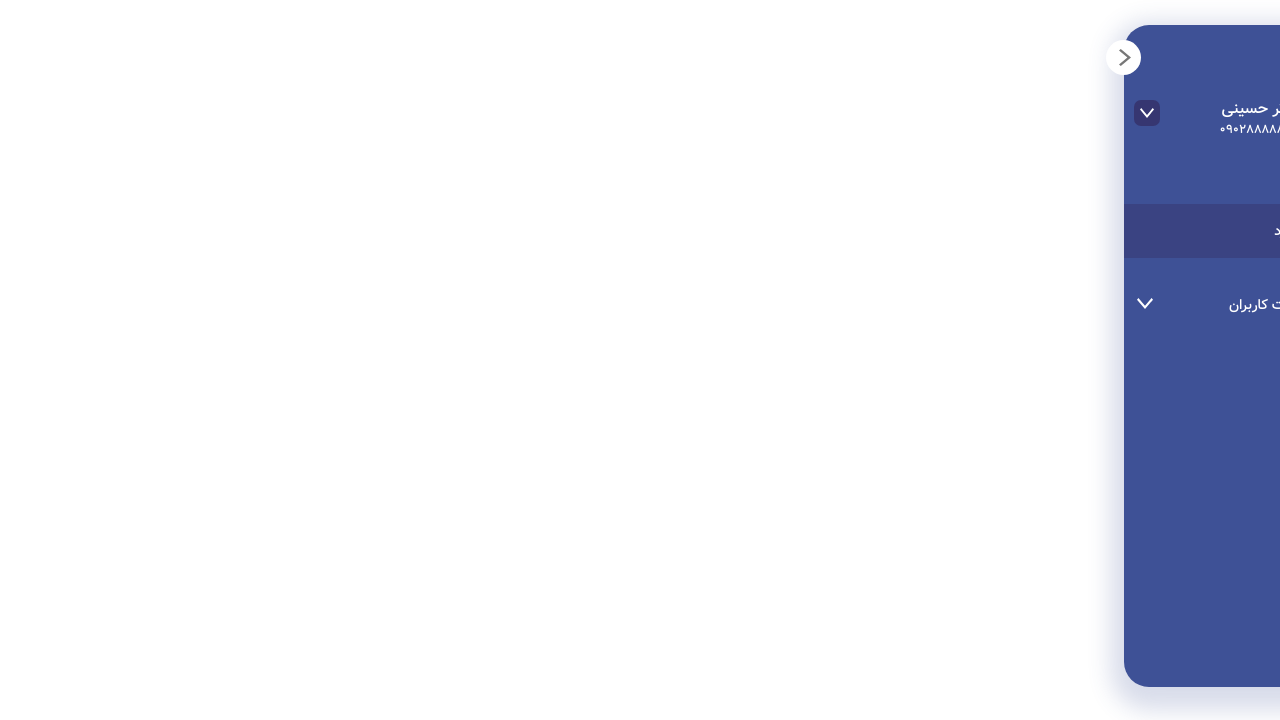
Repository: kosar78/quiz-online
Page: manager-panel-dashbord.html
The author's editor kept a copy of each file at every save. The page is drawn from the files as they stood at one save, then again after the next save.
The browser window is 1280 px wide. The pictures show the whole page.
After loading, the first visible `#user-mangement-cases-icon-bottom` was clicked once.

Above is the page before, as saved 2021-11-09 01:43:29.

### manager-panel-dashbord.html
<!DOCTYPE html>
<html lang="en">
<head>
    <meta charset="UTF-8">
    <meta name="viewport" content="width=device-width, initial-scale=1.0">
    <link rel="stylesheet" href="css/manager-panel.css">
    <link rel="stylesheet" href="bootstrap_files/css/bootstrap.min.css">
    <script type="text/javascript" src="JQuery_file/jQuery.js"></script>
    <script type="text/javascript" src="bootstrap_files/js/bootstrap.min.js"></script>
    <script type="text/javascript" src="js/manager-panel.js"></script>
    <title>پنل مدیر- داشبورد</title>
</head>
<body>
    <div class="container-fluid">
        <div class="row">
            <div class="col-xl-3 sidebar-parent">
                <div class="resize-sidebar">
                    <img src="images/right.svg" alt="">
                </div>
                <div class="sidebar">
                    <ul class="user-profile">
                        <li class="user-img">
                            <img src="images/Cute-Kids-Baby-Girl-Toddler-SDL005498623-2-ce2cf.JPEG" alt="">
                        </li>
                        <li class="user-name-phone">
                            <p class="user-name">
                                کوثر حسینی
                            </p>
                            <p class="user-phone">
                                09028888888
                            </p>
                        </li>
                        <li class="manage-profile">
                            <img class="bottom show" src="images/bottom.svg" alt="">
                            <img class="top hide" src="images/top.svg" alt="">
                        </li>
                    </ul>
                    <div class="manage-profile-menubar hide">
                        <div>
                            <ul class="mp-menubar">
                                <li><img src="images/manage-profile-icon.svg" alt="" class="mp-icon"></li>
                                <li class="mp-name">
                                    پروفایل
                                </li>
                            </ul>
                            <ul class="mp-menubar">
                                <li><img src="images/change-pass-icon.svg" alt="" class="mp-icon"></li>
                                <li class="mp-name">
                                    تغییر رمز عبور
                                </li>
                            </ul>
                            <ul class="mp-menubar">
                                <li><img src="images/profile-manage-exit-icon.svg" alt="" class="mp-icon"></li>
                                <li class="mp-name">
                                    خروج
                                </li>
                            </ul>
                        </div>
                    </div>
                    <ul class="sidebar-case active-case dashbord">
                        <div class="v-line"></div>
                        <li class="case-icon">
                            <img src="images/dashbord-icon.svg" alt="">
                        </li>
                        <li class="case-name">
                            داشبورد
                        </li>
                    </ul>
                    <ul class="sidebar-case user-management">
                        <div class="v-line"></div>
                        <li class="case-icon">
                            <img src="images/user-management-icon.svg" alt="">
                        </li>
                        <li class="case-name">
                            مدیریت کاربران
                        </li>

                        <li class="user-mangement-cases-icon">
                            <img id="user-mangement-cases-icon-bottom" class="show" src="images/bottom.svg" alt="">
                            <img id="user-mangement-cases-icon-top" class="hide" src="images/top.svg" alt="">
                        </li>
                    </ul>
                    <div class="user-management-cases hide">
                        <ul class="user-management-case">
                            <li class="umc-icon"><img src="images/teacher-icon-hide.svg" alt=""></li>
                            <li class="umc-name">
                                استاد
                            </li>
                        </ul>
                        <ul class="user-management-case">
                            <li class="umc-icon"><img src="images/student-icon-hide.svg" alt=""></li>
                            <li class="umc-name">
                                دانشجو
                            </li>
                        </ul>
                        <ul class="user-management-case">
                            <li class="umc-icon"><img src="images/course-icon-hide.svg" alt=""></li>
                            <li class="umc-name">
                                درس
                            </li>
                        </ul>
                    </div>
                </div>
            </div>
            <div class="col-xl-9">

            </div>
        </div>
    </div>
</body>
</html>

### css/manager-panel.css
@font-face {
    font-family: FirstFont;
    src:url(../font/Vazir-Medium.woff2) format('woff2');
    src:url(../font/Vazir-Medium-FD-WOL.woff2) format('woff2');
  }
* {
    margin: 0;
    padding: 0;
    user-select: none;
    -moz-user-select: none;
    -khtml-user-select: none;
    -webkit-user-select: none;
    -o-user-select: none;
    text-align: right;
    text-decoration:none;
}
html body {
    direction: rtl;
    font-family:FirstFont;
    text-align: center;

}

ul li{
    display: inline-block;
    list-style: none;
}
.sidebar-parent{
    padding: 25px 30px !important;
    position: relative;
}
.sidebar{
    width: 100%;
    height: 92vh;
    background-color: #3E5196;
    border-radius: 25px;
    box-shadow: 0px 10px 23px 13px rgba(62, 81, 150, 0.2);

}
.resize-sidebar{
    border-radius: 50%;
    width: 35px;
    text-align: center;
    height: 35px;
    position: absolute;
    padding-top: 6px;
    top: 40px;
    background: #fff;
    padding-left: 3px;
    left: 12px;
    cursor: pointer;
}
.resize-sidebar img{
    width: 12px;
}
.user-img img{
    width: 55px;
    height: 55px;
    border-radius: 50%;
}
.user-profile{
    padding-right: 15px;
    padding-top: 60px;

}
.user-name-phone p{
    margin-bottom: 0 !important;
    color: #fff;
}
.user-name-phone{
    position: relative;
    top: 12px;
    right: 10px;
    width: 59%;
}
.user-phone{
    font-size: 12px;
}
.user-name{
    /* width: 140px; */
    height: auto;
}
.manage-profile{
    background-color: #363671;
    padding: 8px 6px;
    border-radius: 7px;
    cursor: pointer;
    position: absolute;
    left: 40px;
    margin-top: 15px;
}
.manage-profile img{
    width: 14px;
}
.sidebar-case{
    padding-right: 25px;
    padding-top: 15px;
    padding-bottom: 15px;
    margin-bottom: 0px !important;
    margin-top: 20px;

}
.dashbord{
    margin-top: 60px;
}
.sidebar-case li{
    cursor: pointer;
}
.active-case .v-line{
    background: #fff;
    width: 8px;
    position: absolute;
    height: 54px;
    top: 0;
    right: 0;
}
.active-case{
    background: rgba(54, 54, 113, 0.5);
    position: relative;
}
.case-name{
    width: 64%;
    color: #fff;
    margin-right: 15px;
    font-size: 14px;
}
.user-management .case-name{
    margin-right: 9px;
}
.user-management-case{
    margin-bottom: 0px !important;
    padding: 10px 0;
}
.user-management-case li{
    cursor: pointer;
}
.user-management-case .umc-icon img{
    width: 25px;
}
.user-management-cases{
    padding-right: 65px;
}
.user-management-case .umc-name{
    font-size: 15px;
    color: rgba(255, 255, 255, 0.8);
    padding-right: 12px;
}
.manage-profile-menubar{
    left: 40px;
    margin-top: -25px;
    position: absolute;
    z-index: 1;
}
.manage-profile-menubar div{

    background-color: #363671;
    border-radius: 10px;
    width: max-content;
    transition: all 0.4s cubic-bezier(0.39, 0.58, 0.57, 1);
}
.manage-profile-menubar .mp-menubar{
    margin-bottom: 0;
    padding: 15px;
}
.manage-profile-menubar .mp-name{
    color: #fff;
    font-size: 13px;
    padding-right: 12px;
    padding-left: 25px;
}
.manage-profile-menubar .mp-menubar li{
    cursor: pointer;
}
.user-mangement-cases-icon{
    position: absolute;
    left: 43px;
    margin-top:5px;
}
.hide{
    display: none;
}
.show{
    display: block;
}

### js/manager-panel.js
$(document).ready(function(){
    $(".manage-profile").click(function(){
        if($(".bottom").hasClass("show")){
            $(".bottom").removeClass("show")
            $(".bottom").addClass("hide")
            $(".top").addClass("show")
            $(".top").removeClass("hide")
            $(".manage-profile-menubar").removeClass("hide")
            $(".manage-profile-menubar").addClass("show")
        }
        else if($(".bottom").hasClass("hide")){
            $(".bottom").removeClass("hide")
            $(".bottom").addClass("show")
            $(".top").addClass("hide")
            $(".top").removeClass("show")
            $(".manage-profile-menubar").removeClass("show")
            $(".manage-profile-menubar").addClass("hide")
        }

    })

    $(".user-mangement-cases-icon img").click(function(){
        if($(".user-mangement-cases-icon-bottom").hasClass("show")){
            $(".user-mangement-cases-icon-bottom").removeClass("show")
            $(".user-mangement-cases-icon-bottom").addClass("hide")
            $(".user-mangement-cases-icon-top").addClass("show")
            $(".user-mangement-cases-icon-top").removeClass("hide")
            $(".user-management-cases").removeClass("hide")
            $(".user-management-cases").addClass("show")
        }
        else if($(".user-mangement-cases-icon-bottom").hasClass("hide")){
            $(".user-mangement-cases-icon-bottom").removeClass("hide")
            $(".user-mangement-cases-icon-bottom").addClass("show")
            $(".user-mangement-cases-icon-top").addClass("hide")
            $(".user-mangement-cases-icon-top").removeClass("show")
            $(".user-management-cases").removeClass("show")
            $(".user-management-cases").addClass("hide")
        }

    })

})

Loaded but not shown: bootstrap_files/css/bootstrap.min.css (library); JQuery_file/jQuery.js (library); bootstrap_files/js/bootstrap.min.js (library)

After the next save:
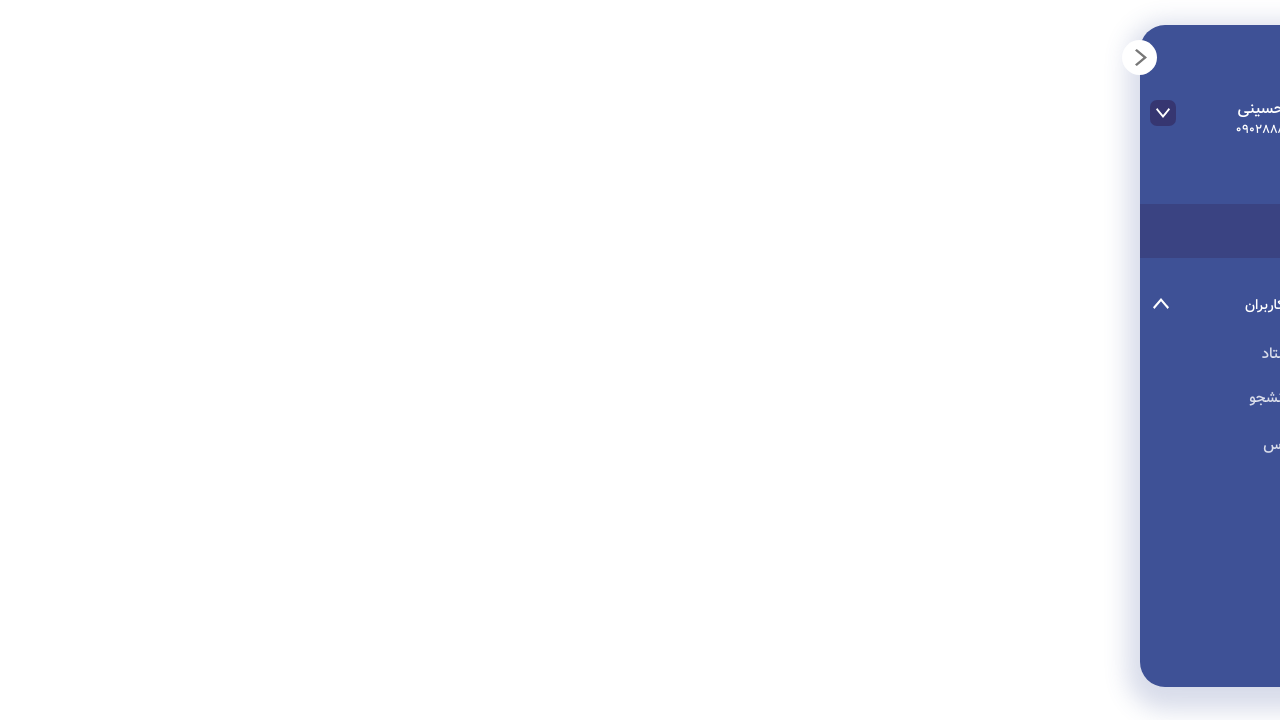
Saved 93 s later.
--- a/js/manager-panel.js
+++ b/js/manager-panel.js
@@ -20,19 +20,19 @@
     })
 
     $(".user-mangement-cases-icon img").click(function(){
-        if($(".user-mangement-cases-icon-bottom").hasClass("show")){
-            $(".user-mangement-cases-icon-bottom").removeClass("show")
-            $(".user-mangement-cases-icon-bottom").addClass("hide")
-            $(".user-mangement-cases-icon-top").addClass("show")
-            $(".user-mangement-cases-icon-top").removeClass("hide")
+        if($("#user-mangement-cases-icon-bottom").hasClass("show")){
+            $("#user-mangement-cases-icon-bottom").removeClass("show")
+            $("#user-mangement-cases-icon-bottom").addClass("hide")
+            $("#user-mangement-cases-icon-top").addClass("show")
+            $("#user-mangement-cases-icon-top").removeClass("hide")
             $(".user-management-cases").removeClass("hide")
             $(".user-management-cases").addClass("show")
         }
         else if($(".user-mangement-cases-icon-bottom").hasClass("hide")){
-            $(".user-mangement-cases-icon-bottom").removeClass("hide")
-            $(".user-mangement-cases-icon-bottom").addClass("show")
-            $(".user-mangement-cases-icon-top").addClass("hide")
-            $(".user-mangement-cases-icon-top").removeClass("show")
+            $("#user-mangement-cases-icon-bottom").removeClass("hide")
+            $("#user-mangement-cases-icon-bottom").addClass("show")
+            $("#user-mangement-cases-icon-top").addClass("hide")
+            $("#user-mangement-cases-icon-top").removeClass("show")
             $(".user-management-cases").removeClass("show")
             $(".user-management-cases").addClass("hide")
         }
